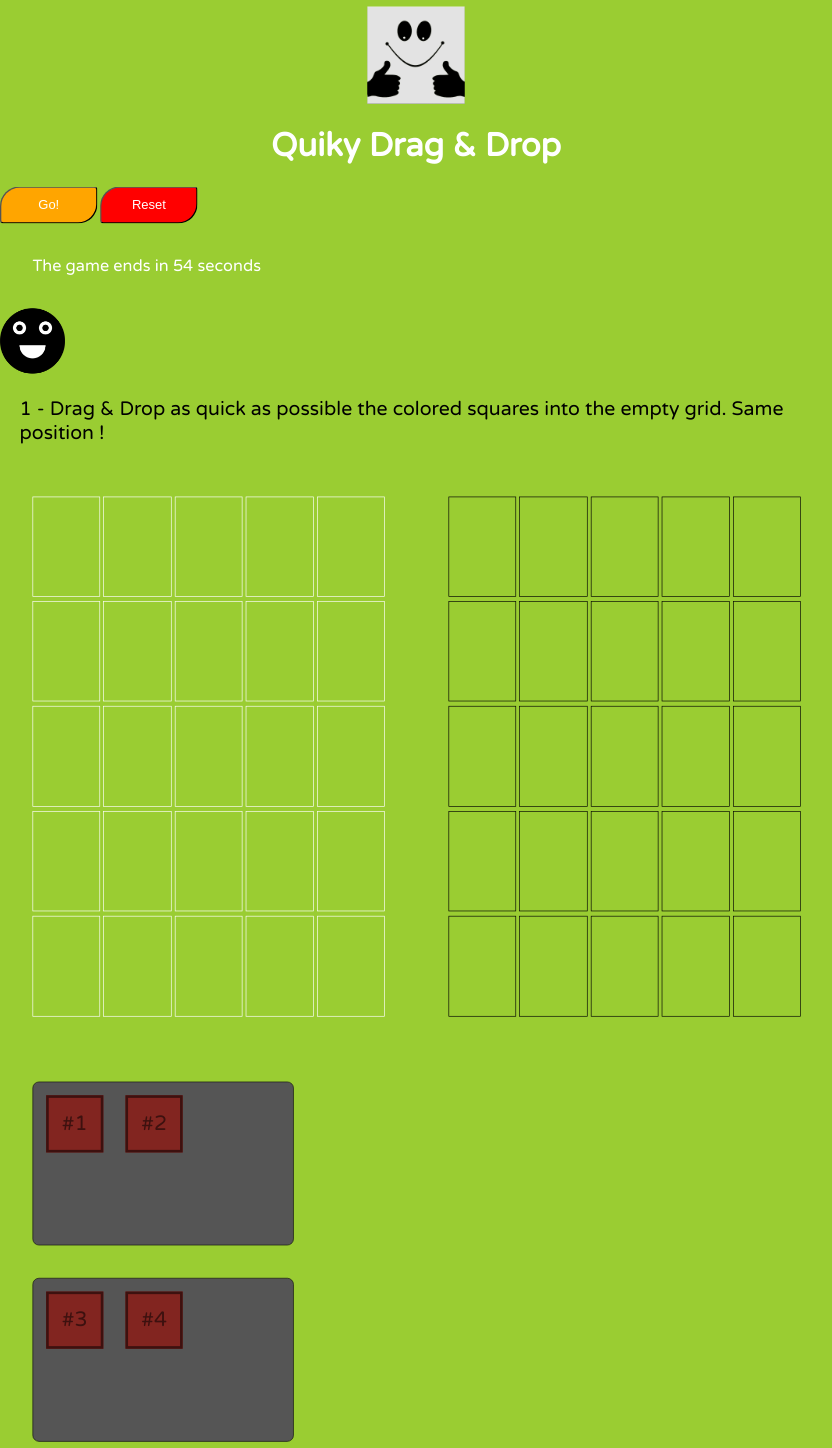
Repository: Siehan/Quiky-drag-and-drop
Page: index.html
These files come from the project's save history. The page is drawn as it stood at one moment and after the next save; the edit follows.
The browser window is 1280 px wide. The pictures show the whole page, at 65% of full size.

Above is the page before, as saved 2020-01-22 15:18:01.
Console error: TypeError: Cannot read properties of null (reading 'addEventListener')

After the next save:
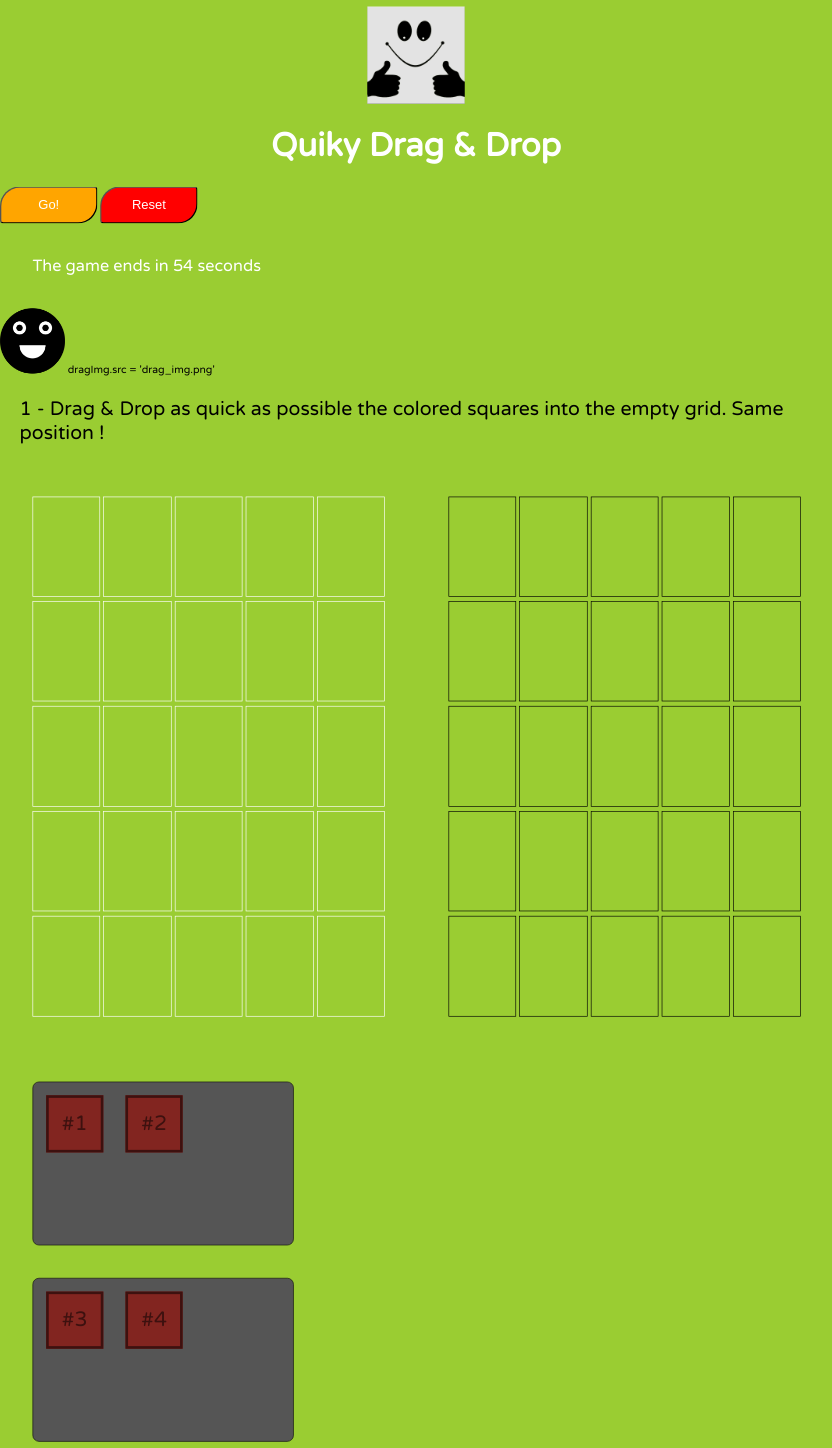
Saved 38 s later.
--- a/index.html
+++ b/index.html
@@ -22,6 +22,8 @@
   <div id="time"></div>
   <img class="black-face" src="images/1297390581.png" alt="black face">
 
+  dragImg.src = 'drag_img.png'
+
   <p>1 - Drag & Drop as quick as possible the colored squares into the empty grid. Same position !</p>
   <div id="container">
 

After the 3 saves that followed:
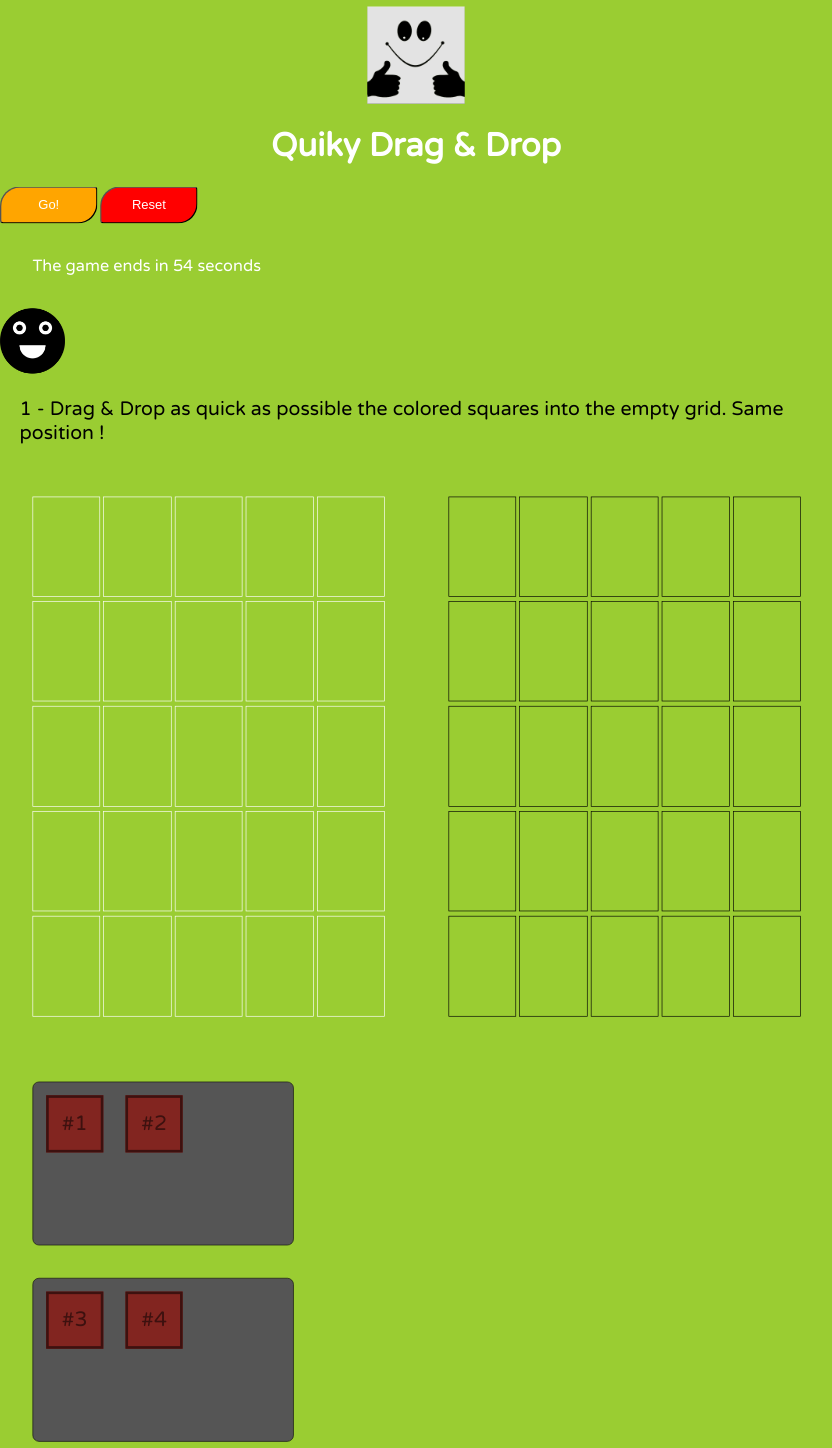
The 3 saves are shown as one change because they came seconds apart.
The last was saved 15 s later.
--- a/index.html
+++ b/index.html
@@ -22,7 +22,7 @@
   <div id="time"></div>
   <img class="black-face" src="images/1297390581.png" alt="black face">
 
-  dragImg.src = 'drag_img.png'
+
 
   <p>1 - Drag & Drop as quick as possible the colored squares into the empty grid. Same position !</p>
   <div id="container">
